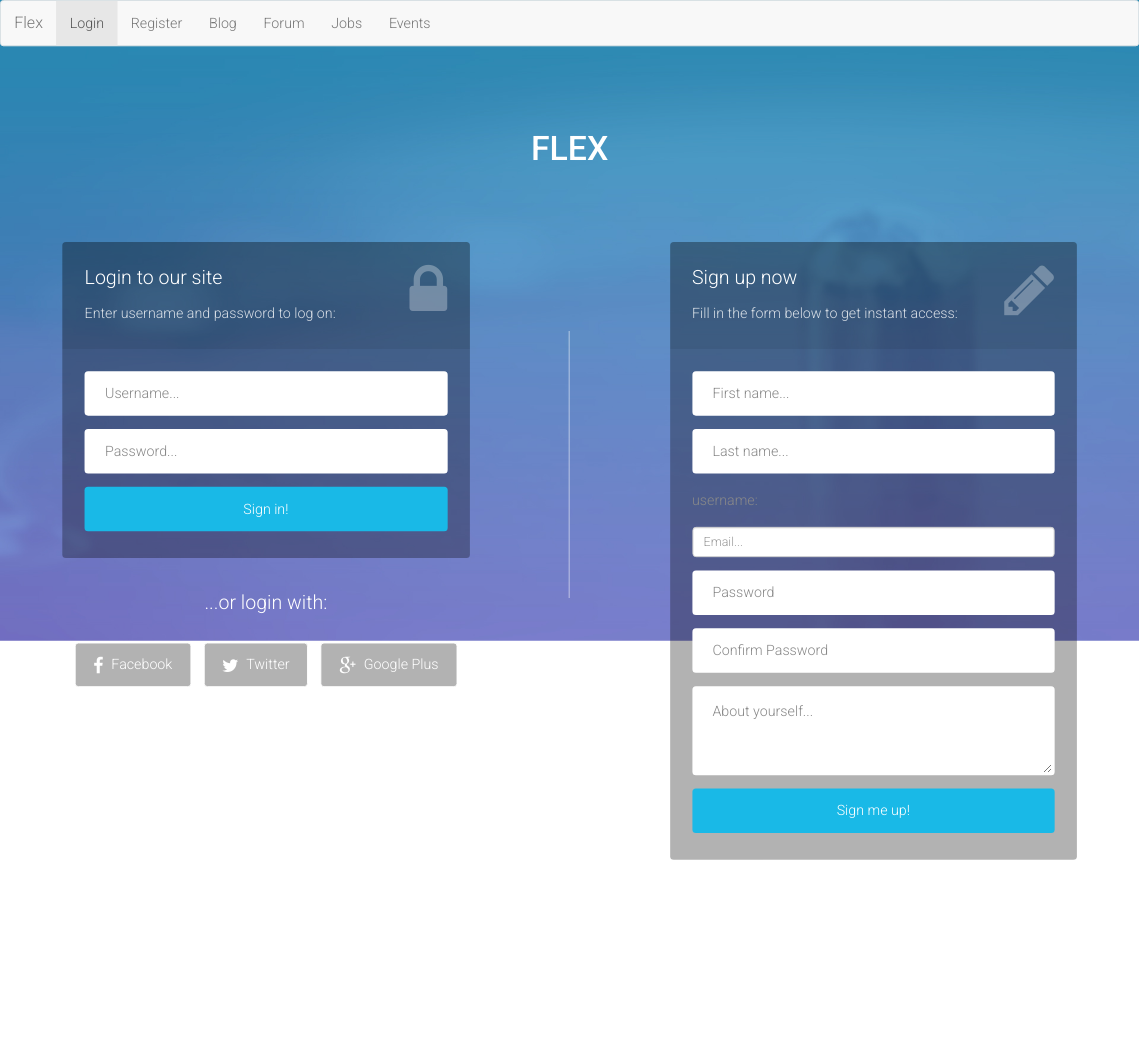
Repository: Angelamritha2012/Flex
Page: Collaboration/WebContent/index.html
These files come from the project's save history. The page is drawn as it stood at one moment and after the next save; the edit follows.
The browser window is 1280 px wide. The pictures show the whole page, at 89% of full size.
Some web libraries are served in a nearby version.

Above is the page before, as saved 2017-11-30 09:49:09.

### Collaboration/WebContent/index.html
<!DOCTYPE html>
<html ng-app="">

    <head>
   <!--  <link rel="stylesheet" href="https://cdnjs.cloudflare.com/ajax/libs/materialize/0.100.2/css/materialize.min.css">

  Compiled and minified JavaScript

   <script src="https://cdnjs.cloudflare.com/ajax/libs/materialize/0.100.2/js/materialize.min.js"></script>
            -->
      <script src = "http://ajax.googleapis.com/ajax/libs/angularjs/1.3.14/angular.min.js"></script>

        <meta charset="utf-8">
        <meta http-equiv="X-UA-Compatible" content="IE=edge">
        <meta name="viewport" content="width=device-width, initial-scale=1">
        <title>FLEX</title>

        <!-- CSS -->
        <link rel="stylesheet" href="http://fonts.googleapis.com/css?family=Roboto:400,100,300,500">
        <link rel="stylesheet" href="assets/bootstrap/css/bootstrap.min.css">
        <link rel="stylesheet" href="assets/font-awesome/css/font-awesome.min.css">
		<link rel="stylesheet" href="assets/css/form-elements.css">
        <link rel="stylesheet" href="assets/css/style.css">

        <!-- HTML5 Shim and Respond.js IE8 support of HTML5 elements and media queries -->
        <!-- WARNING: Respond.js doesn't work if you view the page via file:// -->
        <!--[if lt IE 9]>
            <script src="https://oss.maxcdn.com/libs/html5shiv/3.7.0/html5shiv.js"></script>
            <script src="https://oss.maxcdn.com/libs/respond.js/1.4.2/respond.min.js"></script>
        <![endif]-->

        <!-- Favicon and touch icons -->
        <link rel="shortcut icon" href="assets/ico/favicon.png">
        <link rel="apple-touch-icon-precomposed" sizes="144x144" href="assets/ico/apple-touch-icon-144-precomposed.png">
        <link rel="apple-touch-icon-precomposed" sizes="114x114" href="assets/ico/apple-touch-icon-114-precomposed.png">
        <link rel="apple-touch-icon-precomposed" sizes="72x72" href="assets/ico/apple-touch-icon-72-precomposed.png">
        <link rel="apple-touch-icon-precomposed" href="assets/ico/apple-touch-icon-57-precomposed.png">

    </head>

    <body>

<nav class="navbar navbar-default">
  <div class="container-fluid">
    <div class="navbar-header">
      <a class="navbar-brand" href="#">Flex</a>
    </div>
    <ul class="nav navbar-nav">
      <li class="active"><a href="#">Login</a></li>
      <li><a href="#">Register</a></li>
      <li><a href="blog.html">Blog</a></li>
      <li><a href="forum.html">Forum</a></li>
	        <li><a href="job.html">Jobs</a></li>
	        <li><a href="event.html">Events</a></li>

    </ul>
  </div>
</nav>

        <!-- Top content -->
        <div class="top-content">

            <div class="inner-bg">
                <div class="container">

                    <div class="row">
                        <div class="col-sm-8 col-sm-offset-2 text">
                            <h1><strong>FLEX</strong></h1>

                        </div>
                    </div>

                    <div class="row">
                        <div class="col-sm-5">

                        	<div class="form-box">
	                        	<div class="form-top">
	                        		<div class="form-top-left">
	                        			<h3>Login to our site</h3>
	                            		<p>Enter username and password to log on:</p>
	                        		</div>
	                        		<div class="form-top-right">
	                        			<i class="fa fa-lock"></i>
	                        		</div>
	                            </div>
	                            <div class="form-bottom">
	                            <form name="myForm" ng-submit="submitForm()" novalidate>

				                    <div class="form-group">
				                    		<label class="sr-only" for="form-username">Username</label>
				                        	<input type="text" name="form-username" placeholder="Username..." class="form-username form-control" id="form-username">
				                        </div>
				                        <div class="form-group">
				                        	<label class="sr-only" for="form-password">Password</label>
				                        	<input type="password" name="form-password" placeholder="Password..." class="form-password form-control" id="form-password">
				                        </div>
				                        <button type="submit" class="btn">Sign in!</button>
				                    </form>
			                    </div>
		                    </div>

		                	<div class="social-login">
	                        	<h3>...or login with:</h3>
	                        	<div class="social-login-buttons">
		                        	<a class="btn btn-link-2" href="#">
		                        		<i class="fa fa-facebook"></i> Facebook
		                        	</a>
		                        	<a class="btn btn-link-2" href="#">
		                        		<i class="fa fa-twitter"></i> Twitter
		                        	</a>
		                        	<a class="btn btn-link-2" href="#">
		                        		<i class="fa fa-google-plus"></i> Google Plus
		                        	</a>
	                        	</div>
	                        </div>

                        </div>
                        <div class="col-sm-1 middle-border"></div>
                        <div class="col-sm-1"></div>

                        <div class="col-sm-5">

                        	<div class="form-box">
                        		<div class="form-top">
	                        		<div class="form-top-left">
	                        			<h3>Sign up now</h3>
	                            		<p>Fill in the form below to get instant access:</p>
	                        		</div>
	                        		<div class="form-top-right">
	                        			<i class="fa fa-pencil"></i>
	                        		</div>
	                            </div>
	                            <div class="form-bottom">

<form name="userForm" ng-submit="submitForm()" novalidate>
				                    	<!-- <div class="form-group">
				                    		<!-- <label class="sr-only" for="form-first-name">First name</label>
				                        	<input type="text" name="first-name" placeholder="First name..." class="form-first-name form-control" id="form-first-name" ng-model = "firstName" required>
				                        	  <span style="color:red" ng-show="myForm.firstname.$dirty && myForm.firstname.$invalid">
  <span ng-show="myForm.firstname.$error.required">firstname is required.</span>
  </span>
				                       <input name = "firstname" type = "text" ng-model = "firstName" required>
                     <span style = "color:red" ng-show = "studentForm.firstname.$dirty && studentForm.firstname.$invalid">
                        <span ng-show = "Form.firstname.$error.required">First Name is required.</span>
                     </span>
				                        </div>
				                        <label>First Name:</label>
<input type="text" name="FirstName" ng-model="firstName" required />
<div ng-messages="myForm.firstName.$error">
  <div ng-message="required">This field is required</div>
</div>
				                        </div>
				                         -->
				                         <div class="form-group" ng-class="{ 'has-error' : userForm.name.$invalid && !userForm.name.$pristine }">
				                        	<label class="sr-only" for="form-firstname">First name</label>

            <input type="text" name="name" class="form-control" placeholder="First name..."ng-model="user.name" required>

            <p style="color:white" ng-show="userForm.name.$invalid && !userForm.name.$pristine" class="help-block">You first name is required.</p>
        </div>

				                       <div class="form-group" ng-class="{ 'has-error' : userForm.name.$invalid && !userForm.name.$pristine }">
				                        	<label class="sr-only" for="form-lastname">Last name</label>

            <input type="text" name="lastname" class="form-control" placeholder="Last name..."ng-model="user.lastname" required>

            <p style="color:white" ng-show="userForm.lastname.$invalid && !userForm.lastname.$pristine" class="help-block">You last name is required.</p>
        </div>
				                        <div class="form-group">


username: {{FirstName + " " + LastName}}

</div>
				                         <div class="form-group" ng-class="{ 'has-error' : userForm.email.$invalid && !userForm.email.$pristine }">
				                        	<label class="sr-only" for="form-email">Email</label>

            <input type="email" name="email" class="form-control" placeholder="Email..." ng-model="user.email" required >
              <span style="color:white" ng-show="userForm.email.$dirty && userForm.email.$invalid">

<span ng-show="userForm.email.$error.required">Email is required.</span>
  <span ng-show="userForm.email.$error.email">Invalid email address.</span>
  </span>
        </div>

										 <!-- <div class="form-group">
				                        	<label class="sr-only" for="password">PassWord</label>
				                        	<input type="text" name="form-password" placeholder="Password" class="form-password form-control" id="form-password">
				                        </div>

										<div class="form-group">
				                        	<label class="sr-only" for="confirm password">Confirm PassWord</label>
				                        	<input type="text" name="form-confirm-password" placeholder="Confirm Password" class="form-confirm-password form-control" id="form-confirm-password">
				                        </div> -->
				                         <div class="form-group">
        <input name="password" type="password" class="form-control" placeholder="Password" ng-model="formData.password" ng-pattern="/(?=.*[a-z])(?=.*[A-Z])(?=.*[^a-zA-Z])/" required />
        <span style="color:white" ng-show="!userForm.password.$error.required &&  userForm.password.$error.pattern && userForm.password.$dirty">Must contain one lower &amp; uppercase letter, and one non-alpha character (a number or a symbol.)</span>
      </div>
      <div class="form-group">
        <input name="confirm_password" type="password" class="form-control" placeholder="Confirm Password" ng-model="formData.confirmPassword" ng-pattern="formData.password" required />
        <span style="color:white" ng-show="formData.password != formData.confirmPassword">Your passwords must match.</span>
      </div>
      <div>


				                        <div class="form-group">
				                        	<label class="sr-only" for="form-about-yourself">About yourself</label>
				                        	<textarea name="form-about-yourself" placeholder="About yourself..."
				                        				class="form-about-yourself form-control" id="form-about-yourself"></textarea>
				                        </div>
				                        <button type="submit" class="btn" ng-disabled="formData.password != formData.confirmPassword" ng-click="createUser()">Sign me up!</button>
				                    </form>

			                    </div>
                        	</div>

                        </div>
                    </div>

                </div>
            </div>

        </div>

        <!-- Footer -->
        <footer>
        	<div class="container">
        		<div class="row">

        			<div class="col-sm-8 col-sm-offset-2">
        				<div class="footer-border"></div>
        				<p>Made by Flex at <a href="http://azmind.com" target="_blank"><strong>FLEX</strong></a>
        					having a lot of fun. <i class="fa fa-smile-o"></i></p>
        			</div>

        		</div>
        	</div>
        </footer>

        <!-- Javascript -->
        <script src="assets/js/jquery-1.11.1.min.js"></script>
        <script src="assets/bootstrap/js/bootstrap.min.js"></script>
        <script src="assets/js/jquery.backstretch.min.js"></script>
        <script src="assets/js/scripts.js"></script>

        <!--[if lt IE 10]>
            <script src="assets/js/placeholder.js"></script>
        <![endif]-->

</body>
</html>

### Collaboration/WebContent/assets/css/form-elements.css

input[type="text"],
input[type="password"],
textarea,
textarea.form-control {
	height: 50px;
    margin: 0;
    padding: 0 20px;
    vertical-align: middle;
    background: #fff;
    border: 3px solid #fff;
    font-family: 'Roboto', sans-serif;
    font-size: 16px;
    font-weight: 300;
    line-height: 50px;
    color: #888;
    -moz-border-radius: 4px; -webkit-border-radius: 4px; border-radius: 4px;
    -moz-box-shadow: none; -webkit-box-shadow: none; box-shadow: none;
    -o-transition: all .3s; -moz-transition: all .3s; -webkit-transition: all .3s; -ms-transition: all .3s; transition: all .3s;
}

textarea,
textarea.form-control {
	padding-top: 10px;
	padding-bottom: 10px;
	line-height: 30px;
}

input[type="text"]:focus,
input[type="password"]:focus,
textarea:focus,
textarea.form-control:focus {
	outline: 0;
	background: #fff;
    border: 3px solid #fff;
    -moz-box-shadow: none; -webkit-box-shadow: none; box-shadow: none;
}

input[type="text"]:-moz-placeholder, input[type="password"]:-moz-placeholder,
textarea:-moz-placeholder, textarea.form-control:-moz-placeholder { color: #888; }

input[type="text"]:-ms-input-placeholder, input[type="password"]:-ms-input-placeholder,
textarea:-ms-input-placeholder, textarea.form-control:-ms-input-placeholder { color: #888; }

input[type="text"]::-webkit-input-placeholder, input[type="password"]::-webkit-input-placeholder,
textarea::-webkit-input-placeholder, textarea.form-control::-webkit-input-placeholder { color: #888; }



button.btn {
	height: 50px;
    margin: 0;
    padding: 0 20px;
    vertical-align: middle;
    background: #19b9e7;
    border: 0;
    font-family: 'Roboto', sans-serif;
    font-size: 16px;
    font-weight: 300;
    line-height: 50px;
    color: #fff;
    -moz-border-radius: 4px; -webkit-border-radius: 4px; border-radius: 4px;
    text-shadow: none;
    -moz-box-shadow: none; -webkit-box-shadow: none; box-shadow: none;
    -o-transition: all .3s; -moz-transition: all .3s; -webkit-transition: all .3s; -ms-transition: all .3s; transition: all .3s;
}

button.btn:hover { opacity: 0.6; color: #fff; }

button.btn:active { outline: 0; opacity: 0.6; color: #fff; -moz-box-shadow: none; -webkit-box-shadow: none; box-shadow: none; }

button.btn:focus { outline: 0; opacity: 0.6; background: #19b9e7; color: #fff; }

button.btn:active:focus, button.btn.active:focus { outline: 0; opacity: 0.6; background: #19b9e7; color: #fff; }

### Collaboration/WebContent/assets/css/style.css

body {
    font-family: 'Roboto', sans-serif;
    font-size: 16px;
    font-weight: 300;
    color: #888;
    line-height: 30px;
    text-align: center;
}

strong { font-weight: 500; }

a, a:hover, a:focus {
	color: #19b9e7;
	text-decoration: none;
    -o-transition: all .3s; -moz-transition: all .3s; -webkit-transition: all .3s; -ms-transition: all .3s; transition: all .3s;
}

h1, h2 {
	margin-top: 10px;
	font-size: 38px;
    font-weight: 100;
    color: #555;
    line-height: 50px;
}

h3 {
	font-size: 22px;
    font-weight: 300;
    color: #555;
    line-height: 30px;
}

img { max-width: 100%; }

::-moz-selection { background: #19b9e7; color: #fff; text-shadow: none; }
::selection { background: #19b9e7; color: #fff; text-shadow: none; }


.btn-link-1 {
	display: inline-block;
	height: 50px;
	margin: 5px;
	padding: 16px 20px 0 20px;
	background: #19b9e7;
	font-size: 16px;
    font-weight: 300;
    line-height: 16px;
    color: #fff;
    -moz-border-radius: 4px; -webkit-border-radius: 4px; border-radius: 4px;
}
.btn-link-1:hover, .btn-link-1:focus, .btn-link-1:active { outline: 0; opacity: 0.6; color: #fff; }

.btn-link-1.btn-link-1-facebook { background: #4862a3; }
.btn-link-1.btn-link-1-twitter { background: #55acee; }
.btn-link-1.btn-link-1-google-plus { background: #dd4b39; }

.btn-link-1 i {
	padding-right: 5px;
	vertical-align: middle;
	font-size: 20px;
	line-height: 20px;
}

.btn-link-2 {
	display: inline-block;
	height: 50px;
	margin: 5px;
	padding: 15px 20px 0 20px;
	background: rgba(0, 0, 0, 0.3);
	border: 1px solid #fff;
	font-size: 16px;
    font-weight: 300;
    line-height: 16px;
    color: #fff;
    -moz-border-radius: 4px; -webkit-border-radius: 4px; border-radius: 4px;
}
.btn-link-2:hover, .btn-link-2:focus,
.btn-link-2:active, .btn-link-2:active:focus { outline: 0; opacity: 0.6; background: rgba(0, 0, 0, 0.3); color: #fff; }

.btn-link-2 i {
	padding-right: 5px;
	vertical-align: middle;
	font-size: 20px;
	line-height: 20px;
}


/***** Top content *****/

.inner-bg {
    padding: 60px 0 80px 0;
}

.top-content .text {
	color: #fff;
}

.top-content .text h1 { color: #fff; }

.top-content .description {
	margin: 20px 0 10px 0;
}

.top-content .description p { opacity: 0.8; }

.top-content .description a {
	color: #fff;
}
.top-content .description a:hover,
.top-content .description a:focus { border-bottom: 1px dotted #fff; }

.form-box {
	margin-top: 70px;
}

.form-top {
	overflow: hidden;
	padding: 0 25px 15px 25px;
	background: #444;
	background: rgba(0, 0, 0, 0.35);
	-moz-border-radius: 4px 4px 0 0; -webkit-border-radius: 4px 4px 0 0; border-radius: 4px 4px 0 0;
	text-align: left;
}

.form-top-left {
	float: left;
	width: 75%;
	padding-top: 25px;
}

.form-top-left h3 { margin-top: 0; color: #fff; }
.form-top-left p { opacity: 0.8; color: #fff; }

.form-top-right {
	float: left;
	width: 25%;
	padding-top: 5px;
	font-size: 66px;
	color: #fff;
	line-height: 100px;
	text-align: right;
	opacity: 0.3;
}

.form-bottom {
	padding: 25px 25px 30px 25px;
	background: #444;
	background: rgba(0, 0, 0, 0.3);
	-moz-border-radius: 0 0 4px 4px; -webkit-border-radius: 0 0 4px 4px; border-radius: 0 0 4px 4px;
	text-align: left;
}

.form-bottom form textarea {
	height: 100px;
}

.form-bottom form button.btn {
	width: 100%;
}

.form-bottom form .input-error {
	border-color: #19b9e7;
}

.social-login {
	margin-top: 35px;
}

.social-login h3 {
	color: #fff;
}

.social-login-buttons {
	margin-top: 25px;
}

.middle-border {
	min-height: 300px;
	margin-top: 170px;
	border-right: 1px solid #fff;
	border-right: 1px solid rgba(255, 255, 255, 0.6);
}


/***** Footer *****/

footer {
	padding-bottom: 70px;
	color: #fff;
}

footer .footer-border {
	width: 200px;
	margin: 0 auto;
	padding-bottom: 30px;
	border-top: 1px solid #fff;
	border-top: 1px solid rgba(255, 255, 255, 0.6);
}

footer p { opacity: 0.8; }

footer a {
	color: #fff;
}
footer a:hover, footer a:focus { color: #fff; border-bottom: 1px dotted #fff; }


/***** Media queries *****/

@media (min-width: 992px) and (max-width: 1199px) {}

@media (min-width: 768px) and (max-width: 991px) {}

@media (max-width: 767px) {

	.middle-border { min-height: auto; margin: 65px 30px 0 30px; border-right: 0;
						border-top: 1px solid #fff; border-top: 1px solid rgba(255, 255, 255, 0.6); }

}

@media (max-width: 415px) {

	h1, h2 { font-size: 32px; }

}

/***pagination***/

.center {
    text-align: center;
}

.pagination {
    display: inline-block;
}

.pagination a {
    color: black;
    float: left;
    padding: 8px 16px;
    text-decoration: none;
    transition: background-color .3s;
    border: 1px solid #ddd;
    margin: 0 4px;
}

.pagination a.active {
    background-color: #4CAF50;
    color: white;
    border: 1px solid #4CAF50;
}

.pagination a:hover:not(.active) {background-color: #ddd;}
/* The Modal (background) */
.modal {
    display: none; /* Hidden by default */
    position: fixed; /* Stay in place */
    z-index: 1; /* Sit on top */
    left: 0;
    top: 0;
    width: 100%; /* Full width */
    height: 100%; /* Full height */
    overflow: auto; /* Enable scroll if needed */
    background-color: rgb(0,0,0); /* Fallback color */
    background-color: rgba(0,0,0,0.4); /* Black w/ opacity */
    padding-top: 60px;
}

/* Modal Content/Box */
.modal-content {
    background-color: #fefefe;
    margin: 5px auto; /* 15% from the top and centered */
    border: 1px solid #888;
    width: 80%; /* Could be more or less, depending on screen size */
}

/* The Close Button */
.close {
    /* Position it in the top right corner outside of the modal */
    position: absolute;
    right: 25px;
    top: 0;
    color: #000;
    font-size: 35px;
    font-weight: bold;
}

/* Close button on hover */
.close:hover,
.close:focus {
    color: red;
    cursor: pointer;
}

/* Add Zoom Animation */
.animate {
    -webkit-animation: animatezoom 0.6s;
    animation: animatezoom 0.6s
}

@-webkit-keyframes animatezoom {
    from {-webkit-transform: scale(0)}
    to {-webkit-transform: scale(1)}
}

@keyframes animatezoom {
    from {transform: scale(0)}
    to {transform: scale(1)}
}

/*
    Image credits:
    uifaces.com (http://uifaces.com/authorized)
*/

#login { display: none; }
.login,
.logout {
    position: absolute;
    top: -3px;
    right: 0;
}
.page-header { position: relative; }
.reviews {
    color: #555;
    font-weight: bold;
    margin: 10px auto 20px;
}
.notes {
    color: #999;
    font-size: 12px;
}
.media .media-object { max-width: 120px; }
.media-body { position: relative; }
.media-date {
    position: absolute;
    right: 25px;
    top: 25px;
}
.media-date li { padding: 0; }
.media-date li:first-child:before { content: ''; }
.media-date li:before {
    content: '.';
    margin-left: -2px;
    margin-right: 2px;
}
.media-comment { margin-bottom: 20px; }
.media-replied { margin: 0 0 20px 50px; }
.media-replied .media-heading { padding-left: 6px; }

.btn-circle {
    font-weight: bold;
    font-size: 12px;
    padding: 6px 15px;
    border-radius: 20px;
}
.btn-circle span { padding-right: 6px; }
.embed-responsive { margin-bottom: 20px; }
.tab-content {
    padding: 50px 15px;
    border: 1px solid #ddd;
    border-top: 0;
    border-bottom-right-radius: 4px;
    border-bottom-left-radius: 4px;
}
.custom-input-file {
    overflow: hidden;
    position: relative;
    width: 120px;
    height: 120px;
    background: #eee url('https://s3.amazonaws.com/uifaces/faces/twitter/walterstephanie/128.jpg');
    background-size: 120px;
    border-radius: 120px;
}
input[type="file"]{
    z-index: 999;
    line-height: 0;
    font-size: 0;
    position: absolute;
    opacity: 0;
    filter: alpha(opacity = 0);-ms-filter: "alpha(opacity=0)";
    margin: 0;
    padding:0;
    left:0;
}
.uploadPhoto {
    position: absolute;
    top: 25%;
    left: 25%;
    display: none;
    width: 50%;
    height: 50%;
    color: #fff;
    text-align: center;
    line-height: 60px;
    text-transform: uppercase;
    background-color: rgba(0,0,0,.3);
    border-radius: 50px;
    cursor: pointer;
}
.custom-input-file:hover .uploadPhoto { display: block; }

Loaded but not shown: Collaboration/WebContent/assets/bootstrap/css/bootstrap.min.css (library); Collaboration/WebContent/assets/font-awesome/css/font-awesome.min.css (library); Collaboration/WebContent/assets/js/jquery-1.11.1.min.js (library); Collaboration/WebContent/assets/bootstrap/js/bootstrap.min.js (library); Collaboration/WebContent/assets/js/jquery.backstretch.min.js (library); Collaboration/WebContent/assets/js/scripts.js (52 lines, source omitted)

After the next save:
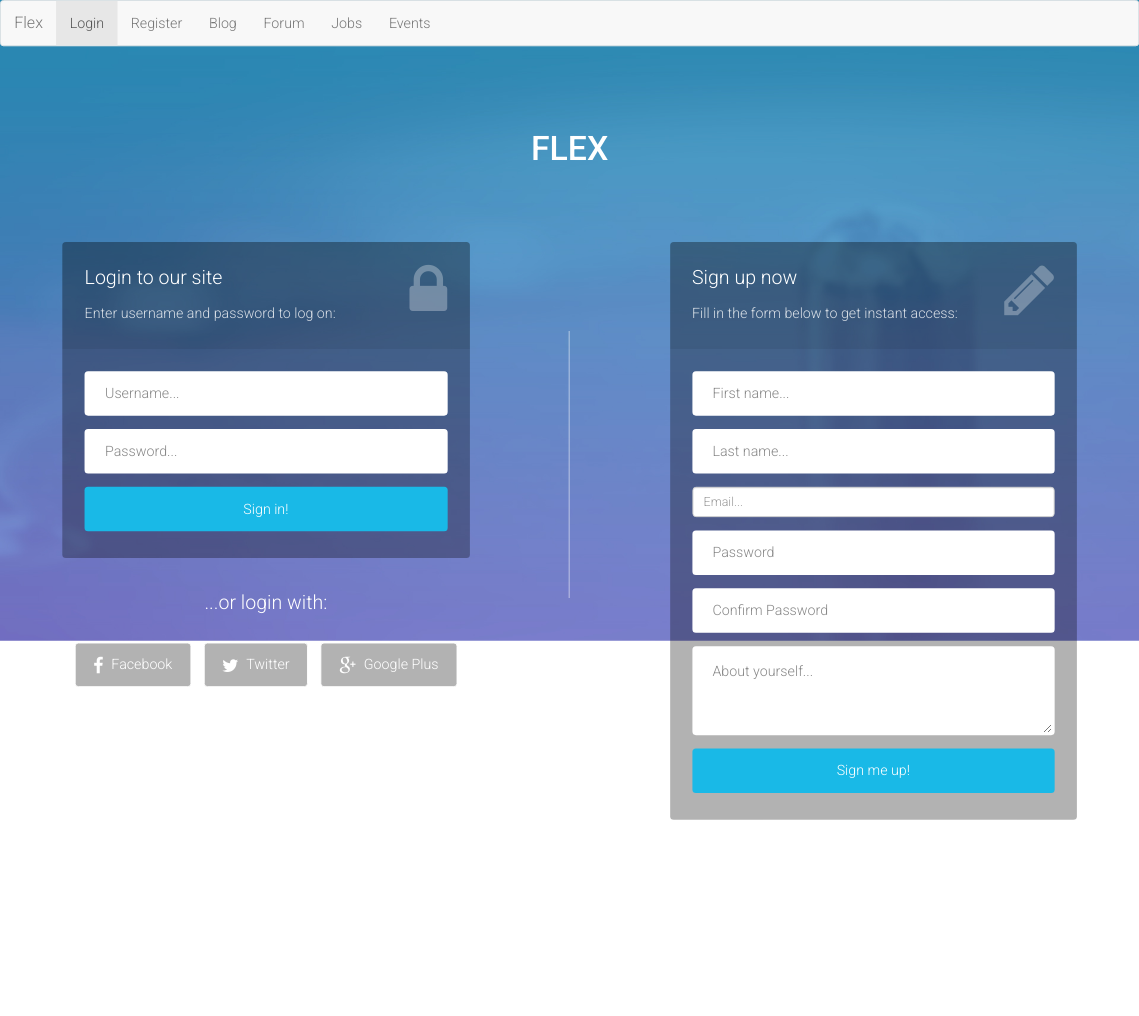
Saved 2 min 13 s later.
--- a/Collaboration/WebContent/index.html
+++ b/Collaboration/WebContent/index.html
@@ -166,12 +166,6 @@
 
             <p style="color:white" ng-show="userForm.lastname.$invalid && !userForm.lastname.$pristine" class="help-block">You last name is required.</p>
         </div>
-				                        <div class="form-group">
-
-
-username: {{FirstName + " " + LastName}}
-
-</div>
 				                         <div class="form-group" ng-class="{ 'has-error' : userForm.email.$invalid && !userForm.email.$pristine }">
 				                        	<label class="sr-only" for="form-email">Email</label>
 
